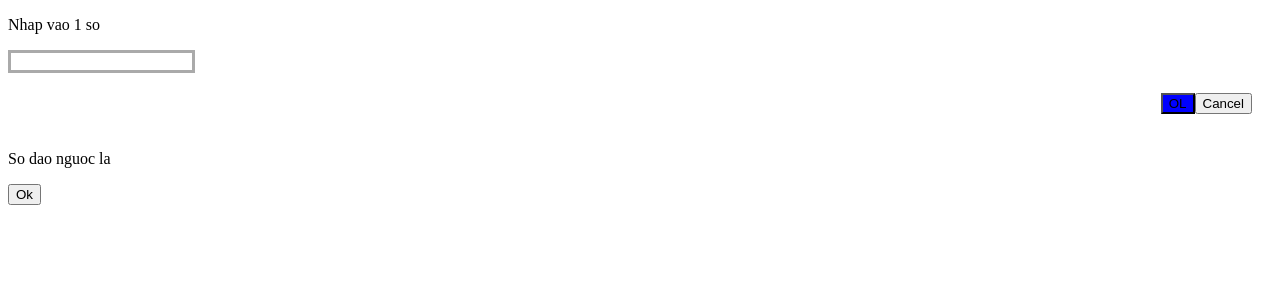
Repository: lhggiang/Sodaonguoc
Page: index.html
The author's editor kept a copy of each file at every save. The page is drawn from the files as they stood at one save, then again after the next save.
The browser window is 1280 px wide. The pictures show the whole page.

Above is the page before, as saved 2023-05-19 06:51:52.

### index.html
<!DOCTYPE html>
<html lang="en">

<head>
    <meta charset="UTF-8">
    <meta http-equiv="X-UA-Compatible" content="IE=edge">
    <meta name="viewport" content="width=device-width, initial-scale=1.0">
    <link rel="stylesheet" href="./style.css">
    <title>Document</title>
</head>

<body>
    <div class="sodaonguoc">
        <p>Nhap vao 1 so</p>
        <input type="number" id="num">
        <div class="btn">
            <button id="yes">OL</button>
            <button>Cancel</button>
        </div>
        <p>So dao nguoc la <span id="result"></span></p>
        <button>Ok</button>
    </div>

    <script src="./javascript.js"></script>
</body>

</html>

### style.css
#num {
  border: 3px solid #aaa;
}

.btn {
  display: flex;
  justify-content: flex-end;
  padding: 20px;
}

#yes {
  background: blue;
}

### javascript.js
//So dao nguoc
//C1:
document.getElementById("yes").onclick = function () {
  let num = parseInt(document.getElementById("num").value);
  let res = 0;
  while (num > 0) {
    res = res * 10 + (num % 10);
    num = parseInt(num / 10);
  }
  let result = document.getElementById("result");
  result.innerHTML = res;
};

After the next save:
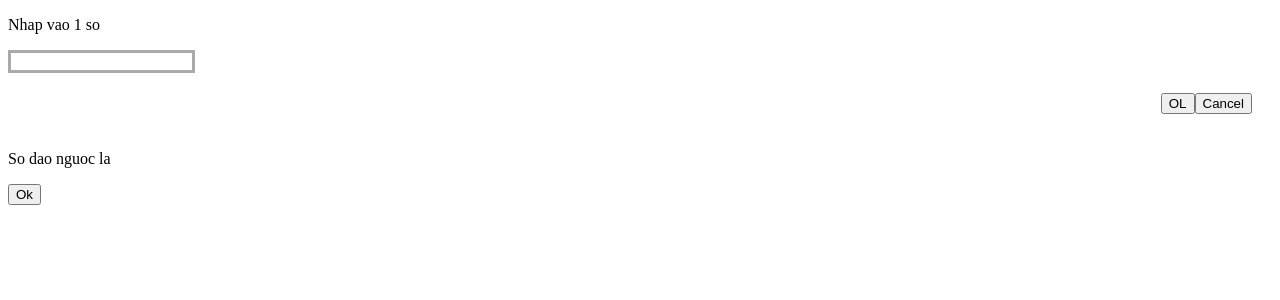
Saved 19 s later.
--- a/style.css
+++ b/style.css
@@ -8,6 +8,6 @@
   padding: 20px;
 }
 
-#yes {
+.ok {
   background: blue;
 }
